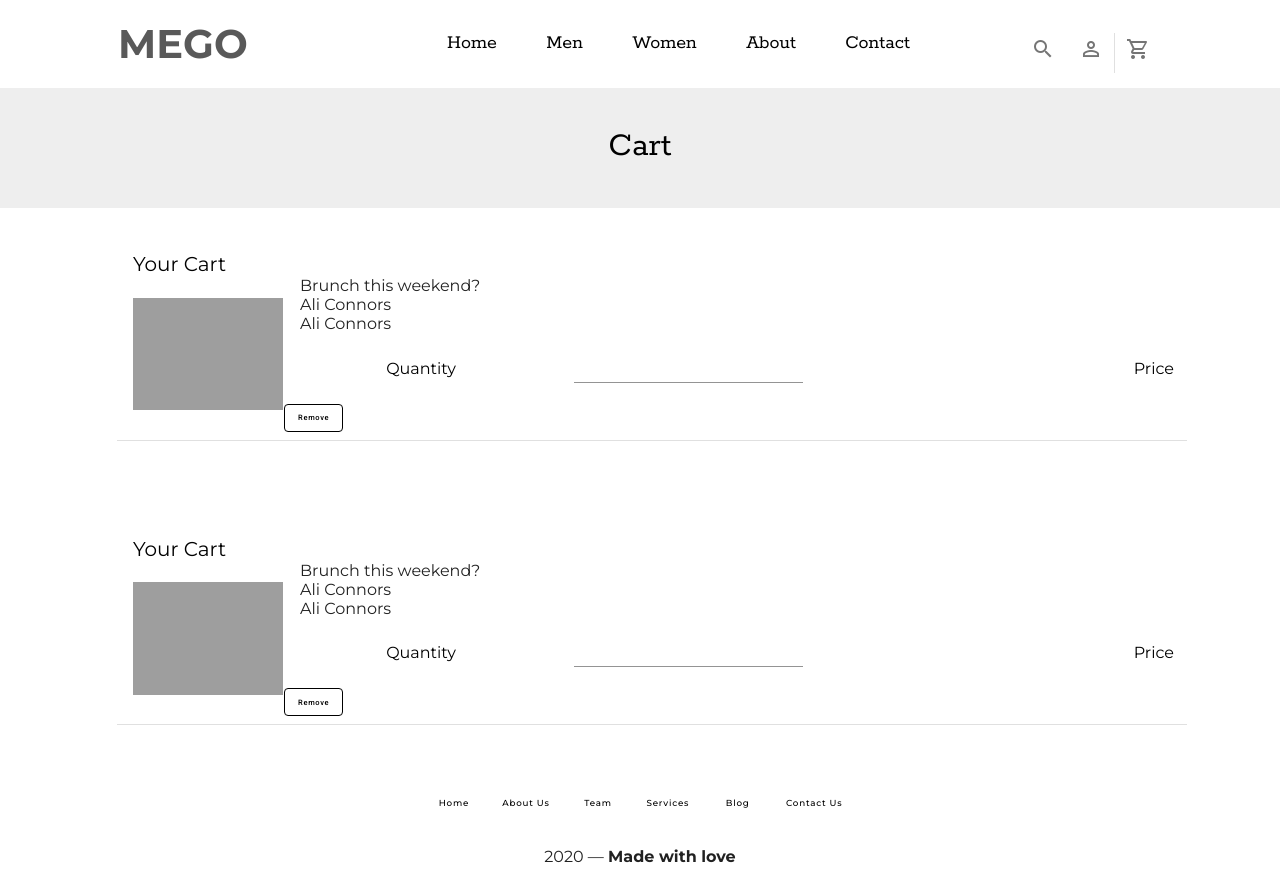
Repository: nguyenphuong152/mego-frontend
Page: /cart (app in frontend/)
These files come from the project's save history. The page is drawn as it stood at one moment and after the next save; the edit follows.
The browser window is 1280 px wide. The pictures show the whole page.
Pictures or frames that could not be fetched are drawn as grey boxes. The project was rebuilt for these pictures with package versions that can differ from the ones it lists, and the page was loaded fresh each time. Also part of the build but not shown: frontend/vue.config.js, frontend/src/components/Customer/Collection.vue, frontend/src/components/Customer/Banner.vue, frontend/src/components/Customer/BestSeller.vue, frontend/src/components/Customer/Partner.vue, frontend/src/views/Customer/Home.vue, frontend/src/components/Customer/ProductCategory.vue, frontend/src/components/Customer/ProductView.vue and 10 more. Imported but missing from the stored project, and not drawn on this page: frontend/src/views/Admin/Category.vue, frontend/src/views/Admin/ManageProduct.vue, frontend/src/views/Admin/ManageUser.vue, frontend/src/views/Admin/OrderList.vue.

Above is the page before, as saved 2020-11-26 17:05:31.

After the next save:
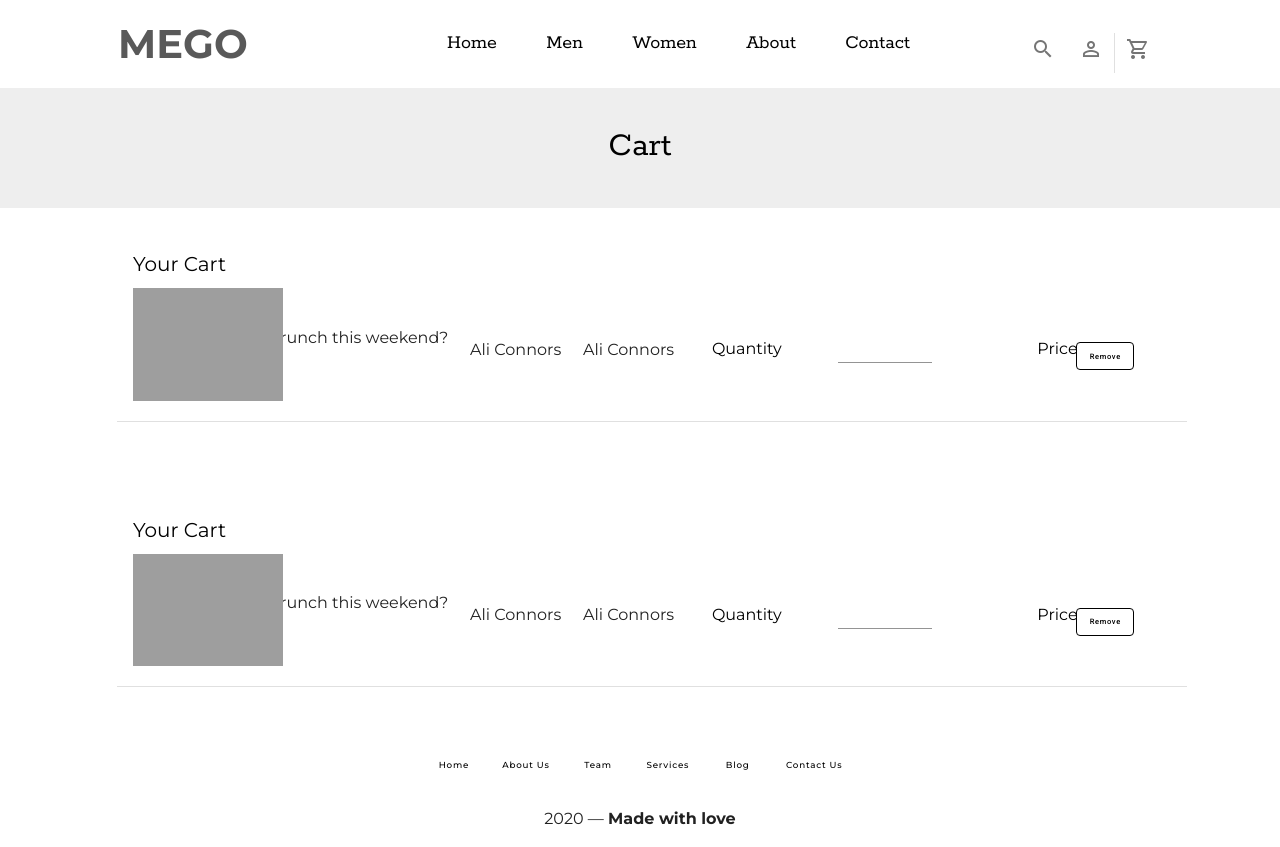
Saved 44 s later.
--- a/frontend/src/components/Customer/TotalProducts.vue
+++ b/frontend/src/components/Customer/TotalProducts.vue
@@ -13,22 +13,26 @@
 
         <v-list-item v-else :key="item.title">
           <v-img :src="item.avatar" max-height="150" max-width="150"></v-img>
-          <v-container class="pa-0">
-           <v-row class="text-start pl-8">
+          <v-list-item-content class="text-start">
+           <v-row>
               <v-list-item-title
               v-html="item.title"
               class="admin"
             ></v-list-item-title>
-             <v-list-item-subtitle
-              class="admin"
-              v-html="item.subtitle"
-            ></v-list-item-subtitle>
+           </v-row>
+           <v-row>
               <v-list-item-subtitle
               class="admin"
               v-html="item.subtitle"
             ></v-list-item-subtitle>
-           </v-row >
-            <v-row class=" d-flex align-center">
+           </v-row>
+           <v-row>
+              <v-list-item-subtitle
+              class="admin"
+              v-html="item.subtitle"
+            ></v-list-item-subtitle>
+           </v-row>
+            <v-row class="pl-4 d-flex align-center">
               <v-col class="pa-0 admin " cols="4">
                 <a>Quantity</a>
               </v-col>
@@ -46,7 +50,7 @@
             </v-btn>
               </v-row>
 
-          </v-container>
+          </v-list-item-content>
         </v-list-item>
       </template>
     </v-list>
